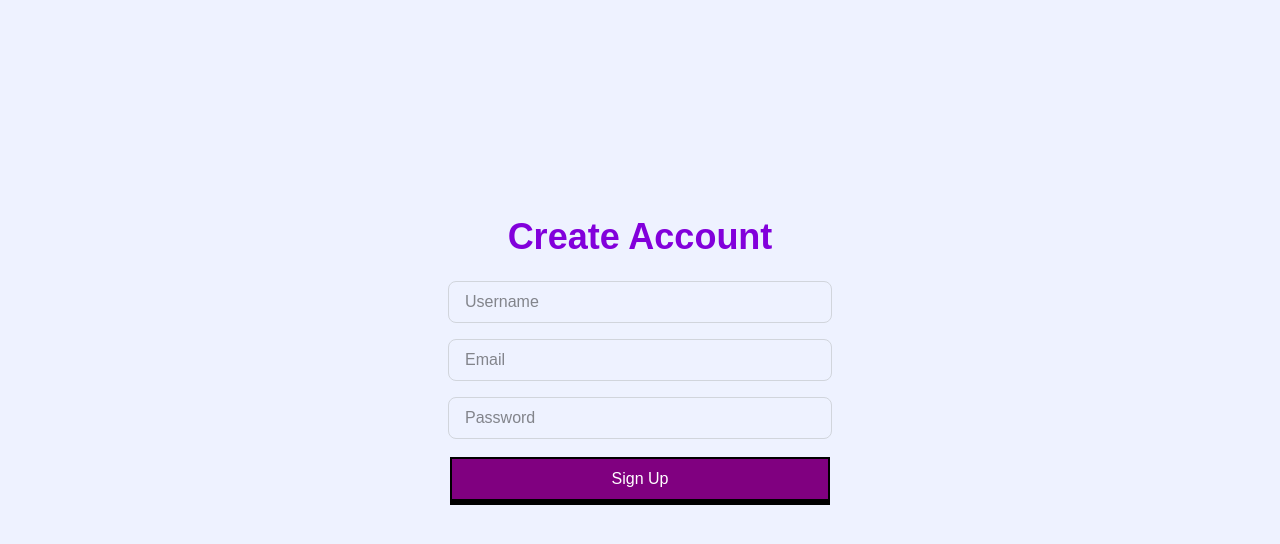
Repository: ramosfranz/bookie
Page: /signup
These files come from the project's save history. The page is drawn as it stood at one moment and after the next save; the edit follows.
The browser window is 1280 px wide. The pictures show the whole page.
The page's requests for data from a server got no answer. Some web fonts or font styles are not loaded; a fallback is used. The project was rebuilt for these pictures with package versions that can differ from the ones it lists, and the page was loaded fresh each time. The framework's server and built-in components were replaced by stand-ins that run in the browser. No one was signed in, and anything a server would have sent is missing. Also part of the build but not shown: next.config.ts.

Above is the page before, as saved 2025-11-30 23:23:53.

After the next save:
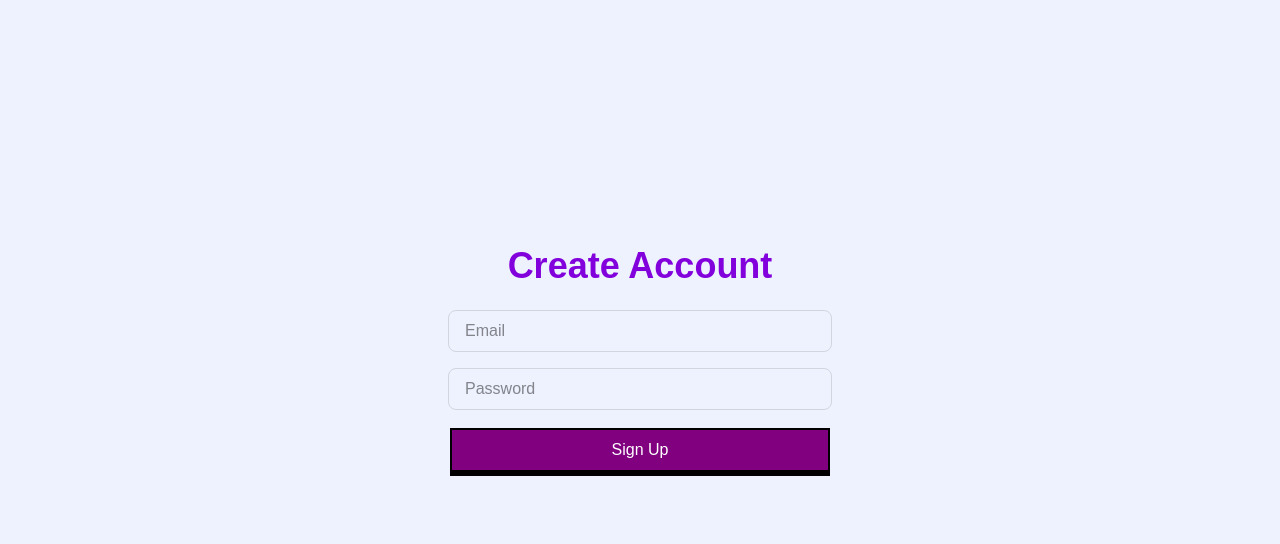
Saved 31 min 55 s later.
--- a/src/app/signup/page.tsx
+++ b/src/app/signup/page.tsx
@@ -8,7 +8,6 @@ import '../styles/pixelButton.css';
 export default function SignupPage() {
   const router = useRouter();
   const [email, setEmail] = useState("");
-  const [username, setUsername] = useState("");
   const [password, setPassword] = useState("");
   const [loading, setLoading] = useState(false);
   const [errorMsg, setErrorMsg] = useState("");
@@ -27,11 +26,8 @@ export default function SignupPage() {
       return;
     }
 
-    // ✅ Store username temporarily so login page can use it to create profile
-    localStorage.setItem("signupUsername", username);
-
     alert(
-      "Signup successful! Please go to your email to confirm your account before logging in."
+      "Signup successful! Please check your email to confirm your account before logging in."
     );
 
     router.push("/login");
@@ -42,14 +38,6 @@ export default function SignupPage() {
     <div className="flex flex-col items-center justify-center min-h-screen bg-indigo-50 p-6">
       <h1 className="text-4xl font-bold mb-6 text-purple-700">Create Account</h1>
       <form onSubmit={handleSignup} className="flex flex-col gap-4 w-full max-w-sm">
-        <input
-          type="text"
-          placeholder="Username"
-          value={username}
-          onChange={(e) => setUsername(e.target.value)}
-          className="px-4 py-2 rounded-lg border border-gray-300 focus:outline-none focus:ring-2 focus:ring-purple-500"
-          required
-        />
         <input
           type="email"
           placeholder="Email"
